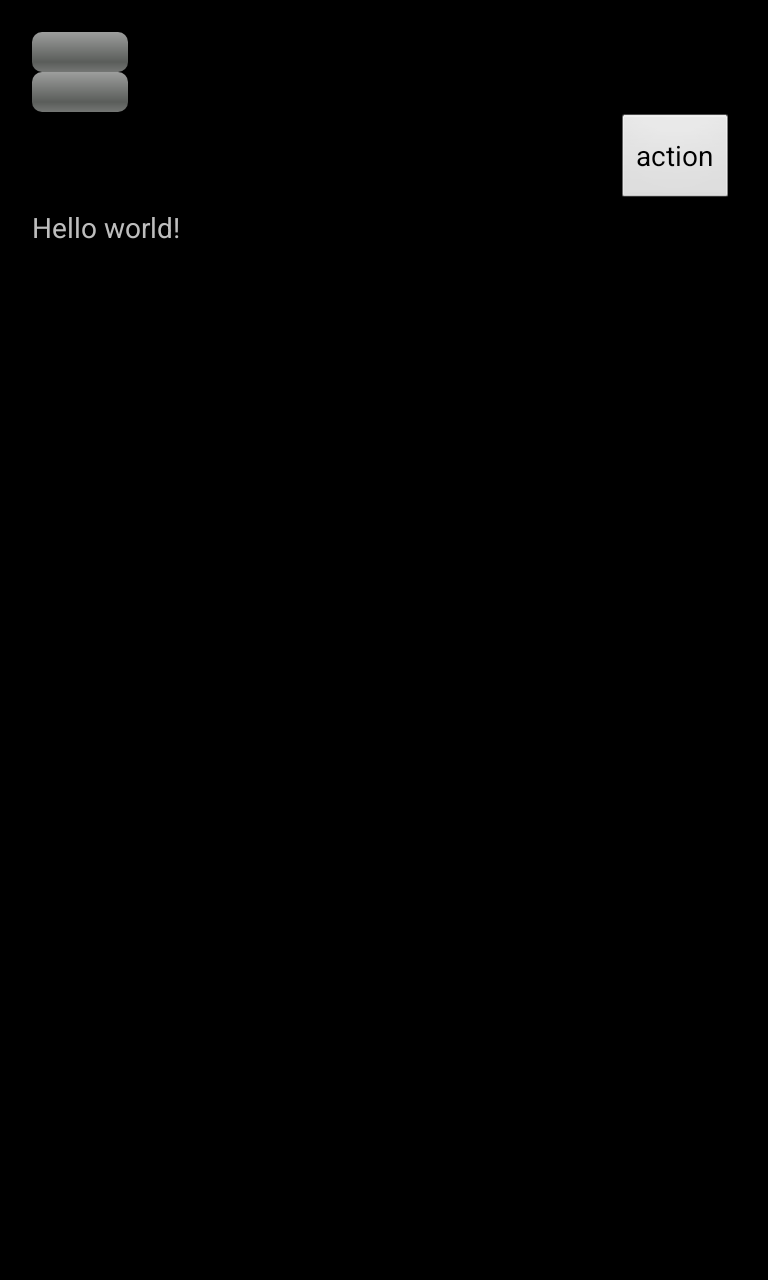
Repository: pancho1313/practica2tests
Layout: MyOrientation/res/layout/activity_my_orientation_test.xml
These files come from the project's save history. The layout is drawn as it stood at one moment and after the next save; the edit follows.
It is drawn on a 768 x 1280 px phone screen (xhdpi) without system bars, with theme android:Theme.NoTitleBar.Fullscreen; the app's code is not run.

Above is the layout before, as saved 2014-01-13 00:52:38.

### MyOrientation/res/layout/activity_my_orientation_test.xml
<LinearLayout xmlns:android="http://schemas.android.com/apk/res/android"
    xmlns:tools="http://schemas.android.com/tools"
    android:layout_width="match_parent"
    android:layout_height="match_parent"
    android:paddingBottom="@dimen/activity_vertical_margin"
    android:paddingLeft="@dimen/activity_horizontal_margin"
    android:paddingRight="@dimen/activity_horizontal_margin"
    android:paddingTop="@dimen/activity_vertical_margin"
    tools:context=".MyOrientationTest"
    android:orientation="vertical" >

    <ProgressBar
        android:id="@+id/verticalGs"
        style="?android:attr/progressBarStyleHorizontal"
        android:layout_width="wrap_content"
        android:layout_height="wrap_content"
        android:layout_weight="0" />

    <ProgressBar
        android:id="@+id/horizontalGs"
        style="?android:attr/progressBarStyleHorizontal"
        android:layout_width="wrap_content"
        android:layout_height="wrap_content"
        android:layout_weight="0" />

    <Button
        android:id="@+id/actionButton"
        android:layout_width="wrap_content"
        android:layout_height="wrap_content"
        android:layout_weight="0"
        android:layout_gravity="right"
        android:onClick="action"
        android:text="@string/action" />

    <TextView
        android:id="@+id/vals"
        android:layout_width="wrap_content"
        android:layout_height="wrap_content"
        android:text="@string/vals" />
</LinearLayout>

### MyOrientation/res/values/strings.xml
<?xml version="1.0" encoding="utf-8"?>
<resources>

    <string name="app_name">MyOrientation</string>
    <string name="action_settings">Settings</string>
    <string name="vals">Hello world!</string>
    <string name="action">action</string>

</resources>

Loaded but not shown: MyOrientation/res/values/dimens.xml (common file)

After the next save:
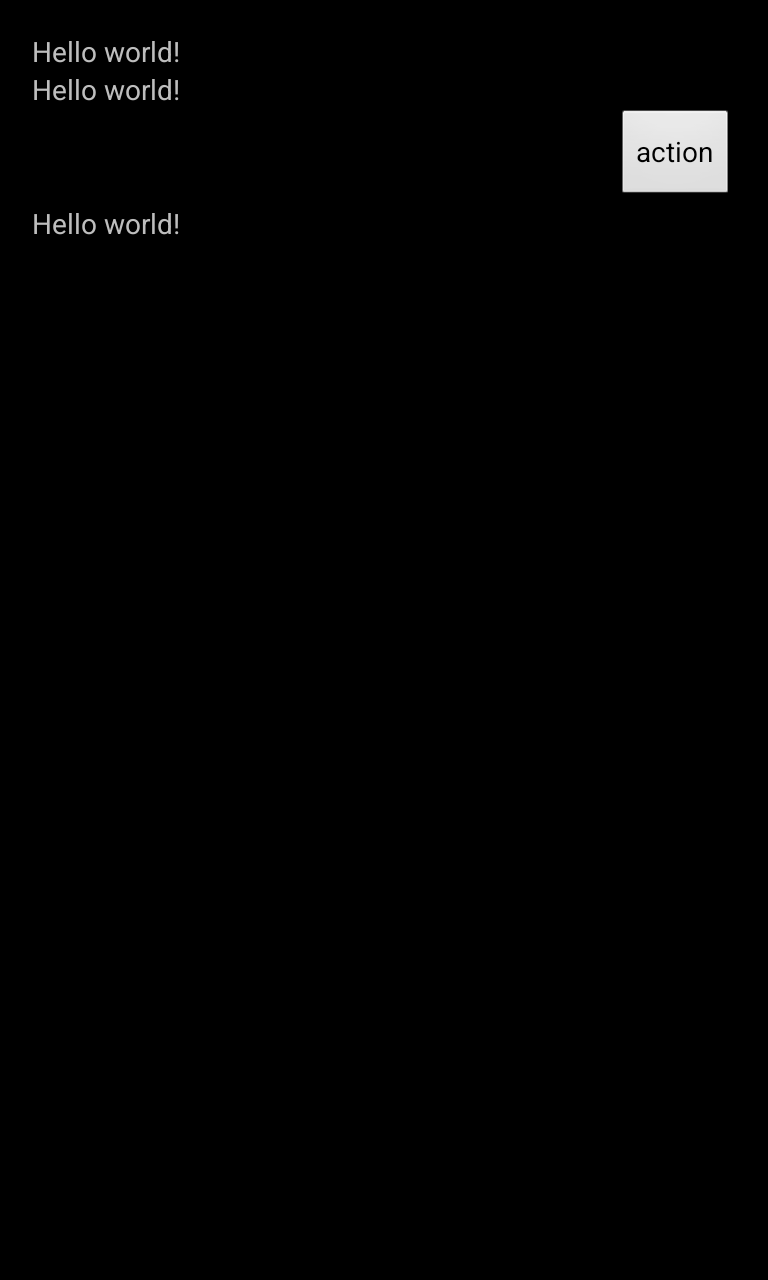
Saved 7 min 25 s later.
--- a/MyOrientation/res/layout/activity_my_orientation_test.xml
+++ b/MyOrientation/res/layout/activity_my_orientation_test.xml
@@ -9,19 +9,17 @@
     tools:context=".MyOrientationTest"
     android:orientation="vertical" >
 
-    <ProgressBar
+    <TextView
         android:id="@+id/verticalGs"
-        style="?android:attr/progressBarStyleHorizontal"
         android:layout_width="wrap_content"
         android:layout_height="wrap_content"
-        android:layout_weight="0" />
+        android:text="@string/vals" />
 
-    <ProgressBar
+    <TextView
         android:id="@+id/horizontalGs"
-        style="?android:attr/progressBarStyleHorizontal"
         android:layout_width="wrap_content"
         android:layout_height="wrap_content"
-        android:layout_weight="0" />
+        android:text="@string/vals" />
 
     <Button
         android:id="@+id/actionButton"
